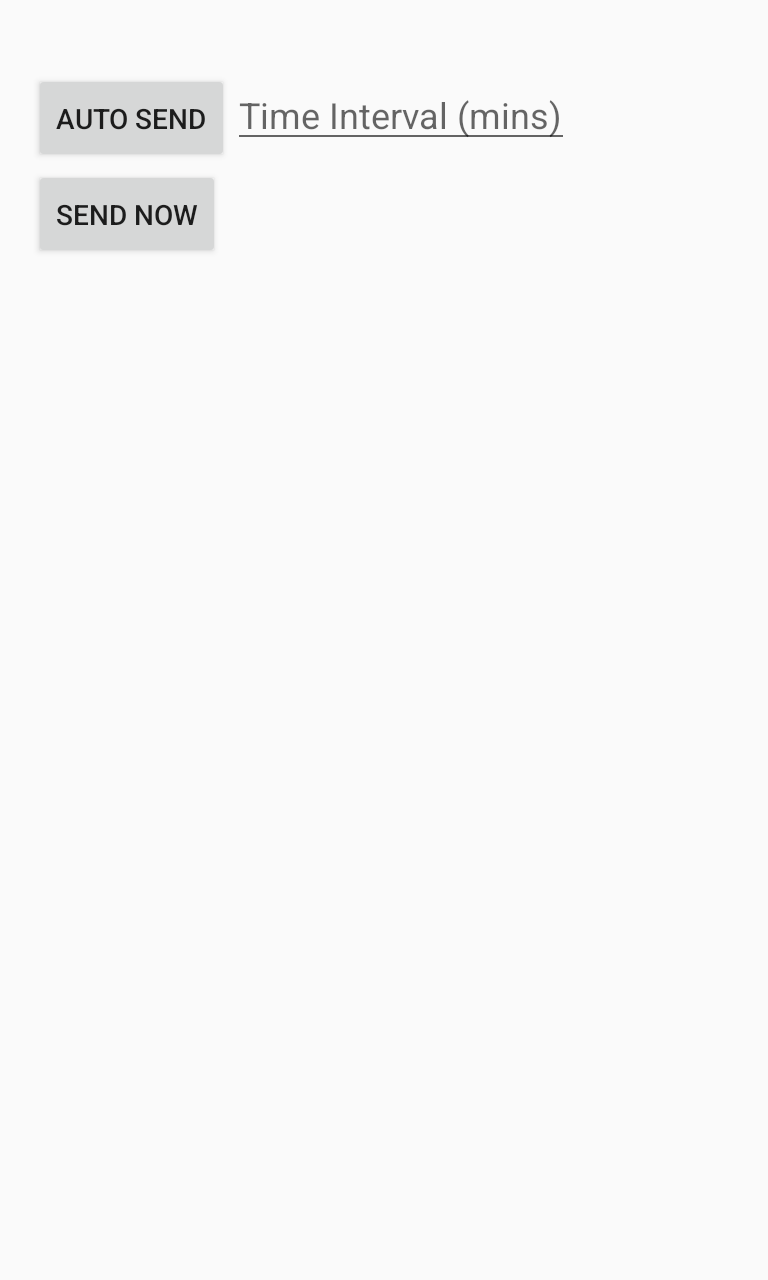
Repository: haidark/rahat
Layout: android/Rahat/res/layout/fragment_main.xml
An editor plug-in stored every save of this project. The layout is shown before and after the next save, followed by the edit.
It is drawn on a 768 x 1280 px phone screen (xhdpi) without system bars, with theme AppTheme; the app's code is not run.

Above is the layout before, as saved 2014-05-01 23:35:09.

### android/Rahat/res/layout/fragment_main.xml
<LinearLayout xmlns:android="http://schemas.android.com/apk/res/android"
    xmlns:tools="http://schemas.android.com/tools"
    android:layout_width="match_parent"
    android:layout_height="match_parent"
    android:paddingBottom="@dimen/activity_vertical_margin"
    android:paddingLeft="@dimen/activity_horizontal_margin"
    android:paddingRight="@dimen/activity_horizontal_margin"
    android:paddingTop="@dimen/activity_vertical_margin"
    tools:context="com.example.rahat.MainActivity$PlaceholderFragment"
	android:orientation="vertical" >
    <TextView android:id="@+id/text_top"
	          android:layout_width="wrap_content"
	          android:layout_height="wrap_content"
	          android:text="@string/text_info" />

    <LinearLayout android:layout_width="wrap_content"
    			  android:layout_height="wrap_content"
    			  android:orientation="horizontal">

        <Button	android:layout_width="wrap_content"
		        android:layout_height="wrap_content"
		        android:text="@string/button_service"
		        android:onClick="startService" />

        <EditText android:id="@+id/edit_1"
        		  android:layout_width="wrap_content"
        		  android:layout_height="wrap_content"
        		  android:maxWidth="200dp"
        		  android:hint="@string/edit_1" />

    </LinearLayout>

    <Button
        android:layout_width="wrap_content"
        android:layout_height="wrap_content"
        android:text="@string/button_send"
        android:onClick="sendLocation" />

    <ScrollView android:layout_width="fill_parent"
    			android:layout_height="wrap_content" >

	    <TextView android:id="@+id/text_1"
	        android:layout_width="wrap_content"
	        android:layout_height="wrap_content"
	        android:text="@string/text_scroll" />

	</ScrollView>

</LinearLayout>

### android/Rahat/res/values/strings.xml
<?xml version="1.0" encoding="utf-8"?>
<resources>

    <string name="app_name">Rahat</string>
    <string name="action_settings">Settings</string>
	<string name="edit_1">Time Interval (mins)</string>
	<string name="text_info"></string>
	<string name="text_scroll"></string>
	<string name="button_send">Send Now</string>
	<string name="button_service">Auto Send</string>
	<string name="title_activity_main">MainActivity</string>
</resources>

Loaded but not shown: android/Rahat/res/values/styles.xml (common file); android/Rahat/res/values-v11/styles.xml (common file); android/Rahat/res/values-v14/styles.xml (common file); android/Rahat/res/values/dimens.xml (common file); android/Rahat/res/values-w820dp/dimens.xml (common file)

After the next save:
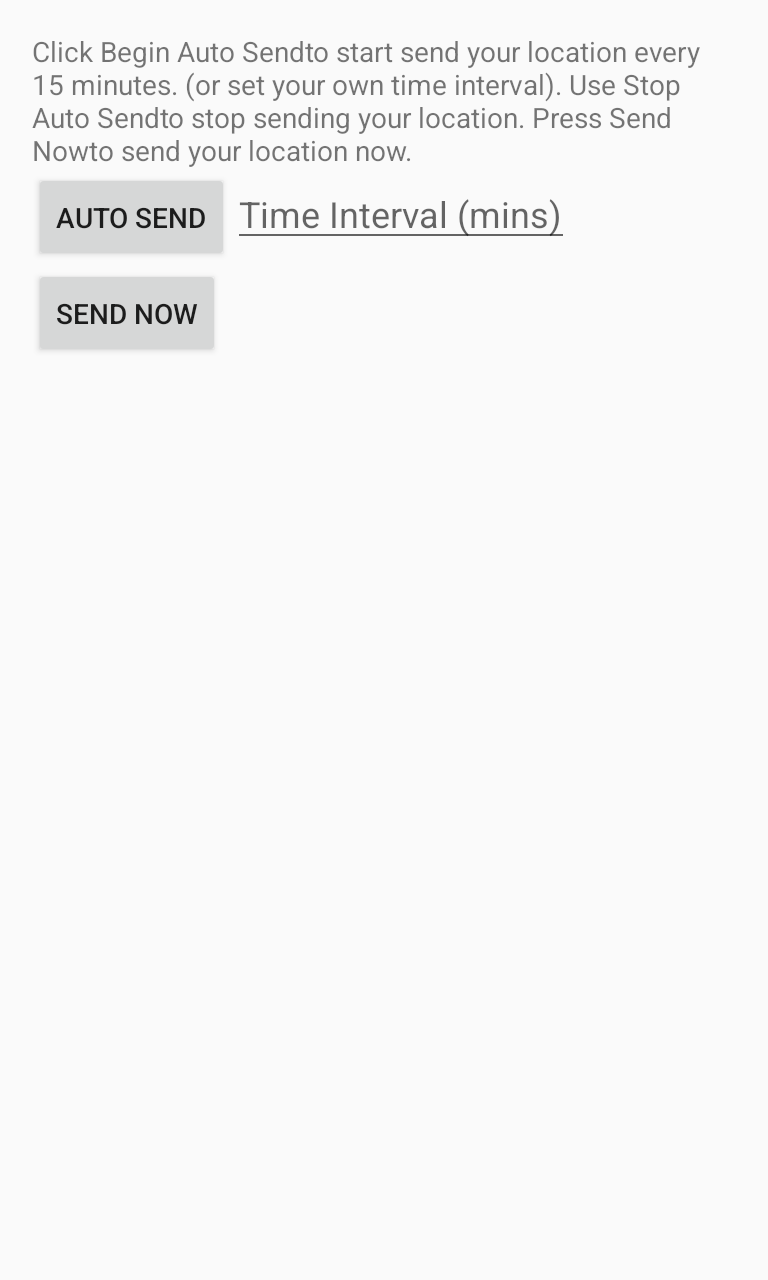
Saved 3 min 24 s later.
--- a/android/Rahat/res/values/strings.xml
+++ b/android/Rahat/res/values/strings.xml
@@ -4,7 +4,12 @@
     <string name="app_name">Rahat</string>
     <string name="action_settings">Settings</string>
 	<string name="edit_1">Time Interval (mins)</string>
-	<string name="text_info"></string>
+	<string name="text_info">
+	    Click "Begin Auto Send" to start send your location every 15 minutes.
+	    (or set your own time interval).
+	    Use "Stop Auto Send" to stop sending your location.
+	    Press "Send Now" to send your location now.
+	    </string>
 	<string name="text_scroll"></string>
 	<string name="button_send">Send Now</string>
 	<string name="button_service">Auto Send</string>
